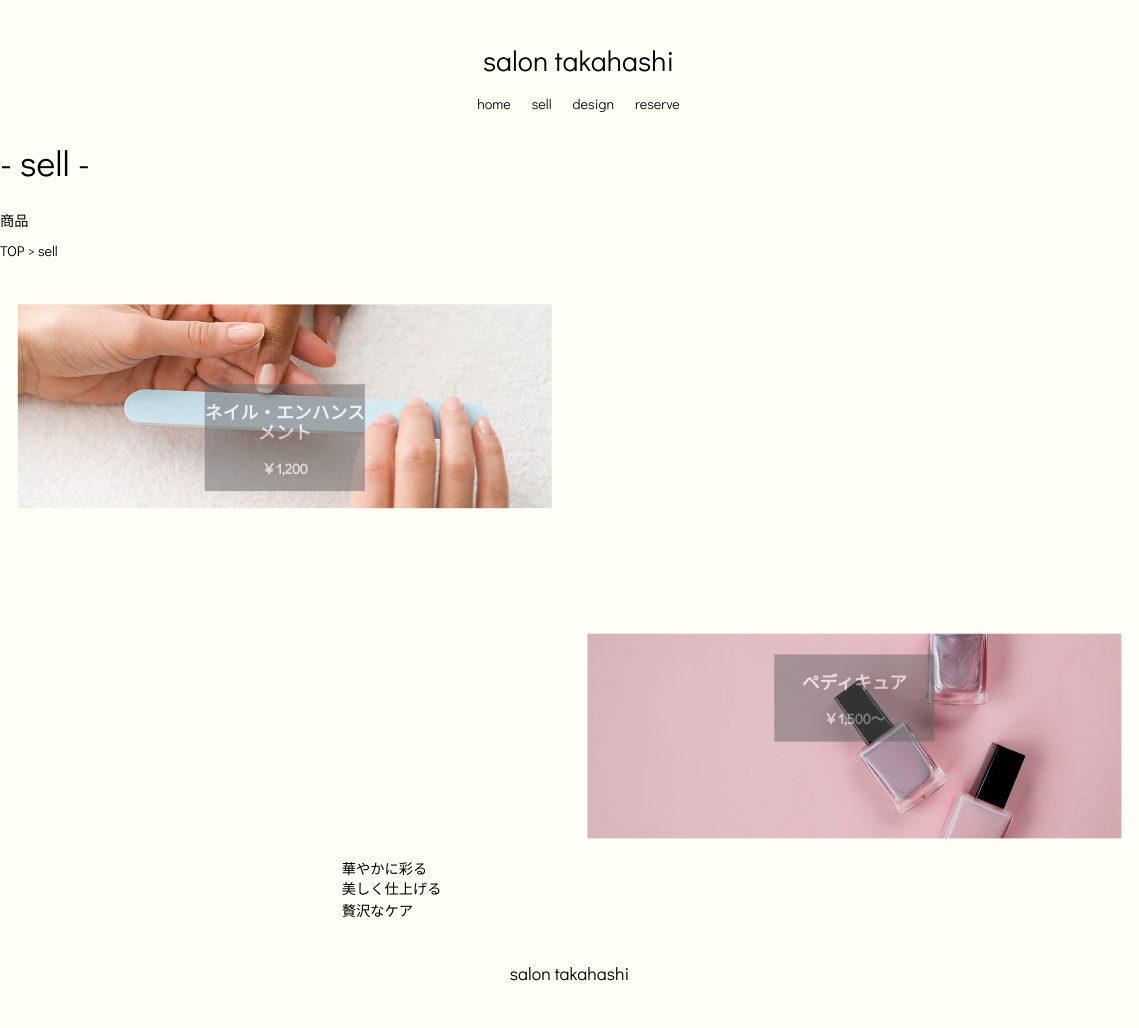
Repository: yukitakahashi1002/salontakahashi-
Page: sell.html
An editor plug-in stored every save of this project. The page is shown before and after the next save, followed by the edit.
The browser window is 1280 px wide. The pictures show the whole page, at 89% of full size.

Above is the page before, as saved 2023-08-02 01:39:39.

### sell.html
<!DOCTYPE html>
<html>
<head>
    <title>Salon Takahashi - sell 商品 -</title>
    <meta charset="utf-8">
    <meta name="description" content="サロンタカハシの販売商品です">
    <meta name="viewport" content="width=device-width, initial-scale=1.0">
    <link rel="stylesheet" href='https://fonts.googleapis.com/css?family=Didact Gothic'>
    <link rel="stylesheet" href="css/normalize.css">
    <link rel="stylesheet" href="css/style.css">
</head>
<body>
    <!-- ヘッダー -->
    <header>
        <!-- サイトタイトル -->
        <h1>salon takahashi</h1>

        <!-- PC用ナビゲーション -->
        <nav id="nav-pc">
            <a href="/">home</a>
            <a href="sell.html">sell</a>
            <a href="design.html">design</a>
            <a href="reserve.html">reserve</a>
        </nav>
    </header>
    <main>
        <article>
            <!-- menu -->
            <section id="sell">
                <div class="sell-title">
                    <h2>- sell -</h2>
                    <p>商品</p>
                    <div>TOP > sell</div>
                </div>
                <div id="menu-flex">
                    <div class="menu-flex-left">
                        <img id="menu-photo1" src="images/5bf6e16609554325bf973714113b2404.jpg" alt="プロ用爪やすり">
                        <div>
                            <h3>ネイル・エンハンスメント</h3>
                            <p>￥1,200</p>
                        </div>
                    </div>
                    <div class="menu-flex-right">
                        <img id="menu-photo2" src="images/11062b_7d27fc5c07e74960b3757fe48325ce2c~mv2_d_6240_4160_s_4_2.jpg" alt="マニュキュア" >
                        <div>
                            <h3>ペディキュア</h3>
                            <p>￥1,500～</p>
                        </div>
                    </div>
                </div>
                <div class="menu-foot">
                    <p> 華やかに彩る</p>
                    <p> 美しく仕上げる</p>
                    <p> 贅沢なケア</p>
                </div>
            </section>
        </article>
        <footer>
            <div>

            </div>
        </footer>
    </main>
</body>
<footer>
    <p>salon takahashi</p>
</footer>
</html>

### css/style.css
@charset "utf-8";

/*
* *********************************
*　ページ全体に関わるのCSS設定
* *********************************
*/
html *,
::before,
::after {
    box-sizing: border-box;
}

html {
    font-size: 14px;
}
@media (min-width: 768px)  {
    html {
        font-size: 16px;
    }
}

body {
    font-family: 'Didact Gothic', sans-serif;
    background-color: #FFFFF8;
}

/* 標準的なリンクのテキストの色 */
a {
    color: #f30;
}



/*=============
PC用のスタイル
==============*/
/* 横幅設定 */
body {
    max-width: 1800px;
    min-width: 960px;
    margin: 0 auto 0 auto;
}

/* ヘッダー */
header {
    text-align: center;
    margin-top: 50px;
}
header > h1 {
    margin-left: 20px;
    font-weight: normal;
}

/* ナビゲーションのレイアウト */
#nav-pc > a:link {
    text-decoration: none;
    margin-left: 20px;
    color: #0d0d0d;
}

#nav-pc > a:visited {
    color: #0d0d0d;
}

#nav-pc > a:hover {
    color: #0d0d0d;
    text-decoration: underline;
}

#nav-pc > a:active {
    color: #0d0d0d;
}

/* メインビジュアル */
#main-visual {
    text-align: center;
}

#main-message > h1 {
    font-size: 60px;
    margin: 100px auto 0 auto;
    font-weight: normal;
}
#main-message > p {
    font-size: 20px;
}

#main-visual > img {
    margin: 80px auto 0 auto;
}

/* 見出し */
.section-title {
    text-align: center;
}
.section-title > P {
    margin-top: -20px;
}


h2 {
    font-weight: normal;
    font-size: 40px;
}

h3 {
    font-size: 20px;
}

/* メニュー */
#menu {
    margin: 100px auto 80px auto;
    width: 100%;
}

#menu-flex {
    width: 100%;
    display: flex;
}

#menu-flex > div {
    width: 50%;
    height: 600px;
    margin: 50px 20px 20px 20px;
}

.menu-flex-left {
    display: flex;
    align-items: flex-start;
    position: relative;
}

.menu-flex-left > img {
    width: 100%;
}

.menu-flex-left > div {
    width: 30%;
    position: absolute;
    top: 25%;
    left: 50%;
    -ms-transform: translate(-50%, -50%);
    -webkit-transform: translate(-50%, -50%);
    transform: translate(-50%, -50%);
    margin: 0;
    padding: 0;
    background-color: #666666;
    opacity: 0.5;
    color: #FFFFFF;
    text-align: center;
    font-weight: bold;
}


.menu-flex-right {
    display: flex;
    align-items: flex-end;
    position: relative;
}


.menu-flex-right > img {
    width: 100%;
}

.menu-flex-right > div {
    width: 30%;
    position: absolute;
    bottom: 10%;
    right: 20%;
    -ms-transform: translate(-50%, -50%);
    -webkit-transform: translate(-50%, -50%);
    transform: translate(-50%, -50%);
    margin: 0;
    padding: 0;
    background-color: #666666;
    opacity: 0.5;
    color: #FFFFFF;
    text-align: center;
    font-weight: bold;
 }

.menu-foot {
    text-align: left;
    width: 60%;
    margin: 0 0 0 30%;
}

.menu-foot p {
    margin: 5px 0 5px 0;
    font-size: 16px;
}

/* インフォメーション */
#information {
    margin: 100px auto 80px auto;
    width: 100%;
}

/* 表部分 */
/* height: 330px;効かない */
table {
    border-collapse:collapse;
    border-spacing: 0;
    height: 330px;
}

/* .information-table > td だと効かない */
.infomertion-left {
    width: 50%;
    height: 200px;
    background-color: #F2F2F2;
    text-align: center;
    vertical-align: center;
    line-height: 40px;
}

.infomertion-right {
    width: 50%;
    /* height: 200px; */
}

strong {
    font-size: 30px;
}

footer {
    margin: 50px auto;
    text-align: center;
}

footer p {
    font-size: 20px;
}

Loaded but not shown: css/normalize.css (library)

After the next save:
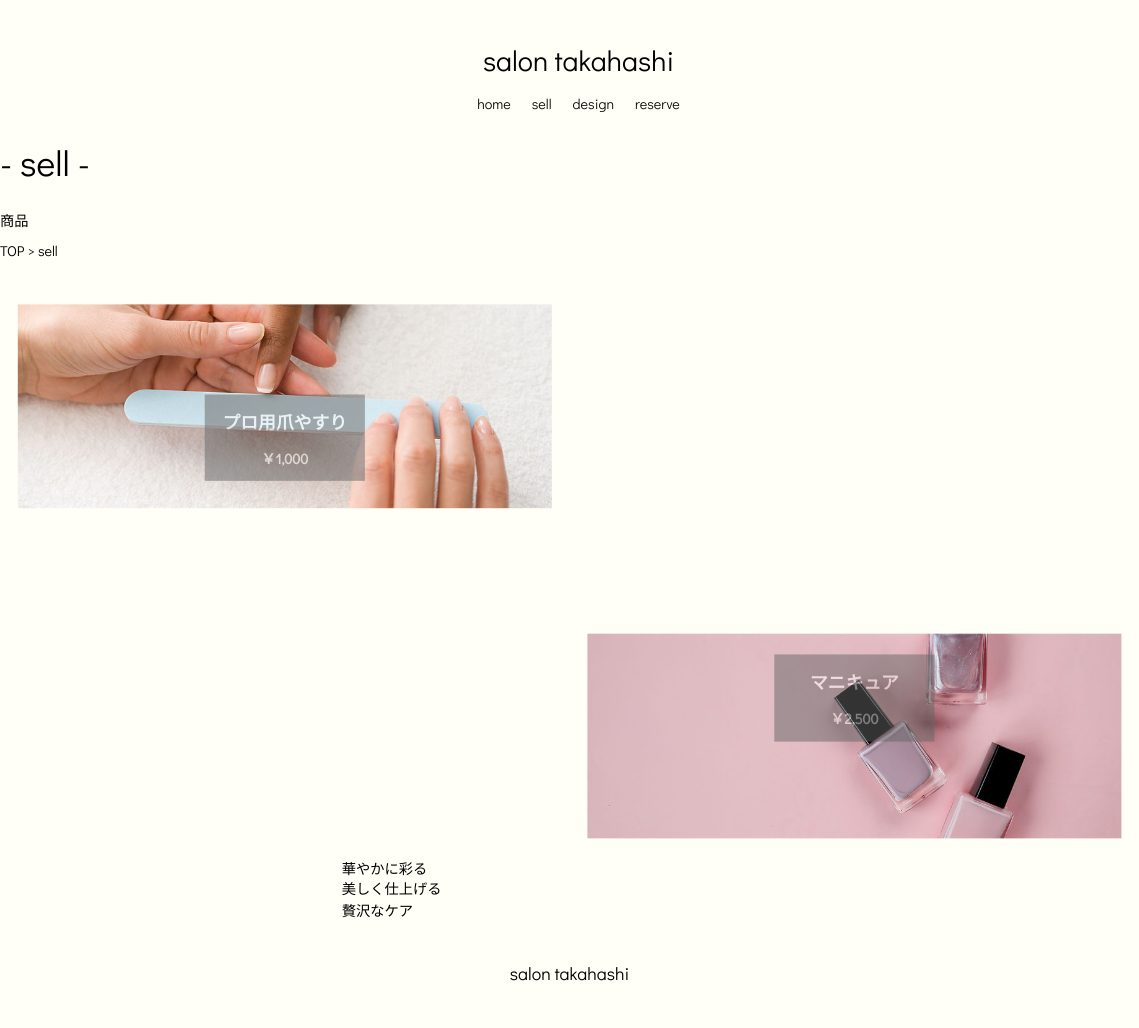
Saved 53 s later.
--- a/sell.html
+++ b/sell.html
@@ -36,15 +36,15 @@
                     <div class="menu-flex-left">
                         <img id="menu-photo1" src="images/5bf6e16609554325bf973714113b2404.jpg" alt="プロ用爪やすり">
                         <div>
-                            <h3>ネイル・エンハンスメント</h3>
-                            <p>￥1,200</p>
+                            <h3>プロ用爪やすり</h3>
+                            <p>￥1,000</p>
                         </div>
                     </div>
                     <div class="menu-flex-right">
                         <img id="menu-photo2" src="images/11062b_7d27fc5c07e74960b3757fe48325ce2c~mv2_d_6240_4160_s_4_2.jpg" alt="マニュキュア" >
                         <div>
-                            <h3>ペディキュア</h3>
-                            <p>￥1,500～</p>
+                            <h3>マニキュア</h3>
+                            <p>￥2,500</p>
                         </div>
                     </div>
                 </div>
